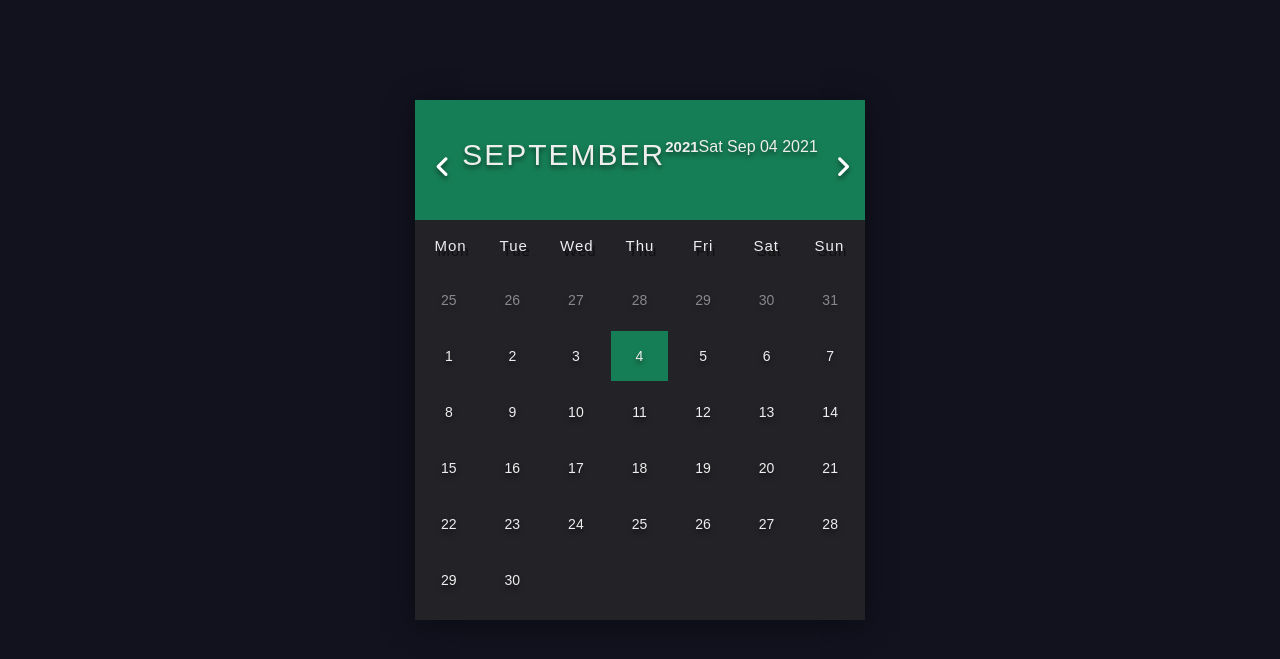
Repository: dboinska/calendar
Page: index.html
These files come from the project's save history. The page is drawn as it stood at one moment and after the next save; the edit follows.
The browser window is 1280 px wide. The pictures show the whole page.
Some web libraries are served in a nearby version.

Above is the page before, as saved 2021-09-06 13:07:08.

### index.html
<!DOCTYPE html>
<html lang="en">
  <head>
    <meta charset="UTF-8" />
    <meta http-equiv="X-UA-Compatible" content="IE=edge" />
    <meta name="viewport" content="width=device-width, initial-scale=1.0" />
    <title>Calendar</title>
    <script
      src="https://kit.fontawesome.com/5567926149.js"
      crossorigin="anonymous"
    ></script>
    <link rel="stylesheet" href="style.css" />
  </head>
  <body>
    <div class="container">
      <div class="calendar">
        <div class="month">
          <i class="fas fa-angle-left prev"></i>
          <div class="date">
            <h1></h1>
            <h2></h2>
            <p></p>
          </div>
          <i class="fas fa-angle-right next"></i>
        </div>
        <div class="weekdays">
          <div>Mon</div>
          <div>Tue</div>
          <div>Wed</div>
          <div>Thu</div>
          <div>Fri</div>
          <div>Sat</div>
          <div>Sun</div>
        </div>
        <div class="days"></div>
      </div>
    </div>
    <script src="script.js"></script>
  </body>
</html>

### style.css
* {
  margin: 0;
  padding: 0;
  box-sizing: border-box;
  font-family: "Quicksand", sans-serif;
}

html {
  font-size: 62.5%;
}

.container {
  width: 100%;
  height: 100vh;
  background-color: #12121f;
  color: #eee;
  display: flex;
  justify-content: center;
  align-items: center;
}

.calendar {
  width: 45rem;
  height: 52rem;
  background-color: #222227;
  box-shadow: 0 0.5rem 3rem rgba(0, 0, 0, 0.4);
}

.fas {
  height: 10px;
  width: 10px;
  color: white;
}

.month {
  width: 100%;
  height: 12rem;
  background-color: #167e56;
  display: flex;
  justify-content: space-between;
  align-items: center;
  padding: 0 2rem;
  text-align: center;
  text-shadow: 0 0.3rem 0.5rem rgba(0, 0, 0, 0.5);
}

.month i {
  font-size: 2.5rem;
  cursor: pointer;
}

.month h1 {
  font-size: 3rem;
  font-weight: 400;
  text-transform: uppercase;
  letter-spacing: 0.2rem;
  margin-bottom: 1rem;
}

.month p {
  font-size: 1.6rem;
}

.weekdays {
  width: 100%;
  height: 5rem;
  padding: 0 0.4rem;
  display: flex;
  align-items: center;
}

.weekdays div {
  font-size: 1.5rem;
  font-weight: 400;
  letter-spacing: 0.1rem;
  width: calc(44.2rem / 7);
  display: flex;
  justify-content: center;
  align-items: center;
  text-shadow: 0.3rem 0.5rem rgba(0, 0, 0, 0.5);
}

.days {
  width: 100%;
  display: flex;
  flex-wrap: wrap;
  padding: 0.2rem;
}

.days div {
  font-size: 1.4rem;
  margin: 0.3rem;
  width: calc(40.3rem / 7);
  height: 5rem;
  display: flex;
  justify-content: center;
  align-items: center;
  text-shadow: 0 0.3rem 0.5rem rgba(0, 0, 0, 0.5);
  transition: background-color 0.2s;
}

.days div:hover:not(.today) {
  background-color: #262626;
  border: 2rem solid #777;
  cursor: pointer;
}

.prev-date,
.next-date {
  opacity: 0.5;
}

.date {
  display: flex;
}

.today {
  background-color: #167e56;
}

### script.js
const date = new Date();
const renderCalendar = () => {
  const monthDays = document.querySelector(".days");
  const lastDay = new Date(
    date.getFullYear(),
    date.getMonth() + 1,
    0
  ).getDate();
  const prevLastDay = new Date(
    date.getFullYear(),
    date.getMonth(),
    0
  ).getDate();
  const firstDayIndex = date.getDay();
  const lastDayIndex = new Date(
    date.getFullYear(),
    date.getMonth(),
    0
  ).getDay();
  console.log(lastDayIndex);
  console.log(lastDay);

  const nextDays = 7 - lastDayIndex - 1;
  const months = [
    "January",
    "February",
    "March",
    "April",
    "May",
    "June",
    "July",
    "August",
    "September",
    "October",
    "November",
    "December",
  ];

  document.querySelector(".date h1").innerHTML = months[date.getMonth()];
  document.querySelector(".date h2").innerHTML = date.getFullYear();

  document.querySelector(".date p").innerHTML = new Date().toDateString();

  let days = "";

  for (let x = firstDayIndex + 1; x > 0; x--) {
    days += `<div class="prev-date">${prevLastDay - x + 1}</div>`;
  }
  for (let i = 1; i <= lastDay; i++) {
    if (
      i === new Date().getDate() &&
      date.getMonth() === new Date().getMonth()
    ) {
      days += `<div class="today">${i}</div>`;
    } else {
      days += `<div>${i}</div>`;
    }

    monthDays.innerHTML = days;
  }
  console.log("next days", nextDays, "last day index", lastDayIndex);
  //for (let j = 1; j <= nextDays - 1; j++) {
  for (let j = 1; j <= -nextDays; j++) {
    days += `<div class="next-date">${j}</div>`;
    monthDays.innerHTML = days;
  }
};
// date.setDate(1);
// console.log(date.getDay());
// const month = date.getMonth();
// console.log(month);

document.querySelector(".prev").addEventListener("click", () => {
  date.setMonth(date.getMonth() - 1);
  renderCalendar();
});

document.querySelector(".next").addEventListener("click", () => {
  date.setMonth(date.getMonth() + 1);
  console.log("month", date.getMonth());
  renderCalendar();
});

renderCalendar();

After the next save:
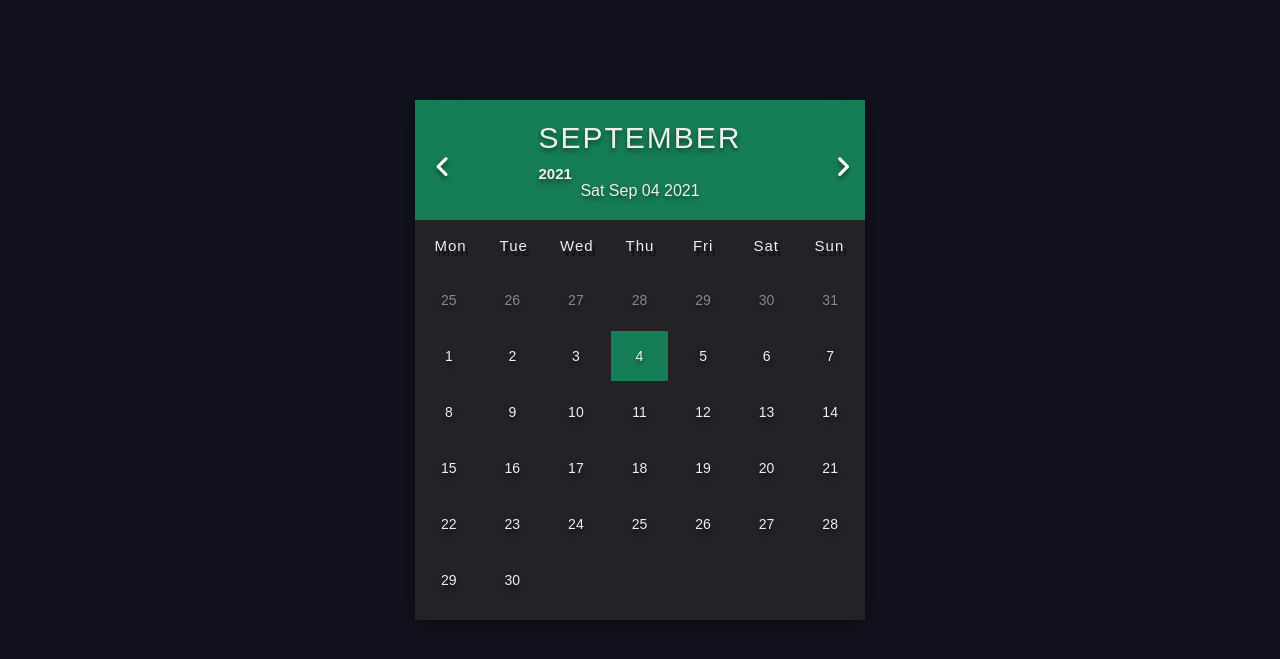
Saved 45 s later.
--- a/style.css
+++ b/style.css
@@ -110,7 +110,7 @@ html {
   opacity: 0.5;
 }
 
-.date {
+.date h1 + h2 {
   display: flex;
 }
 
